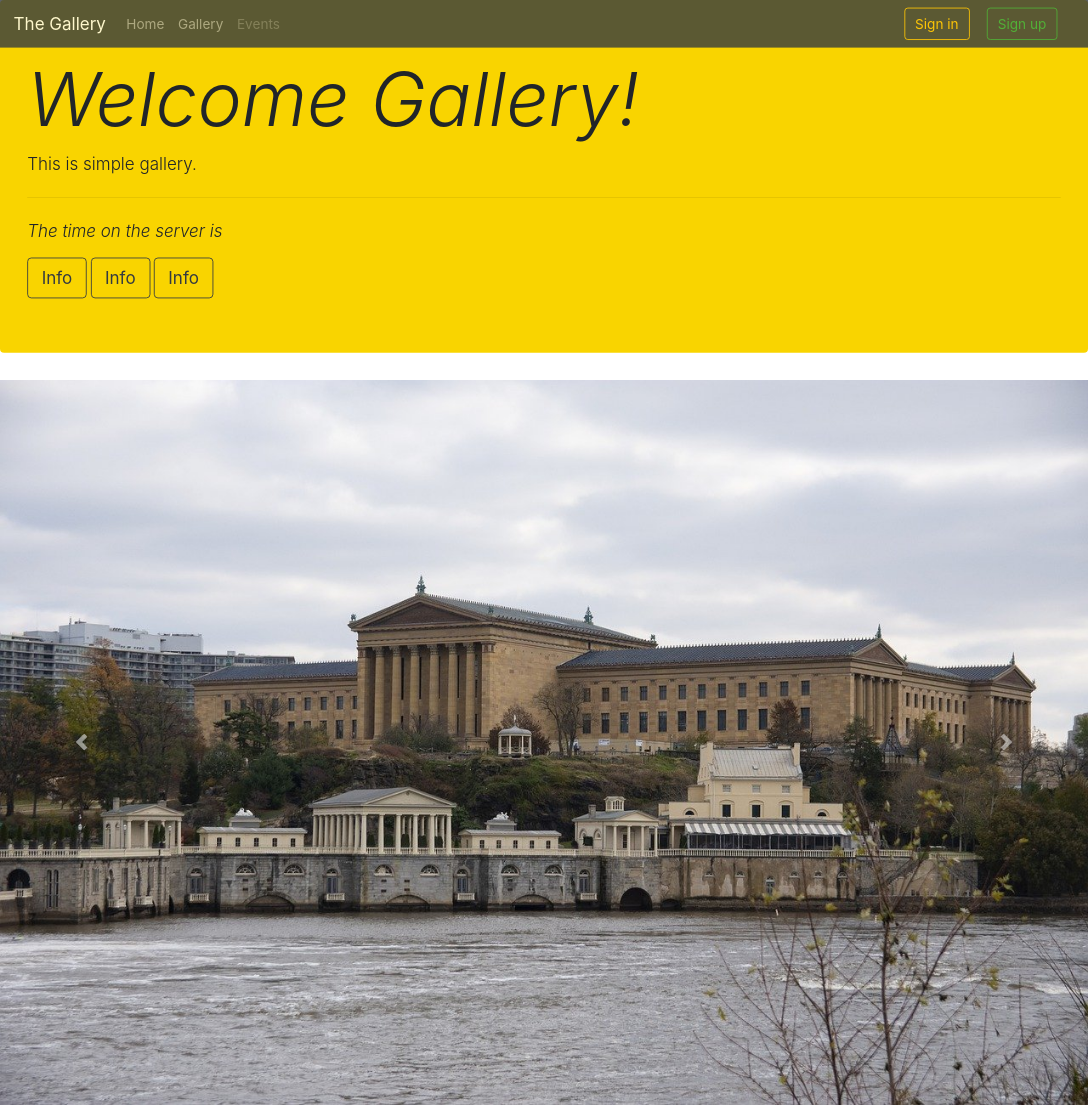
Repository: caramelsyrup/SpringProject1
Page: http://localhost/gallery/WEB-INF/views/home.jsp
The author's editor kept a copy of each file at every save. The page is drawn from the files as they stood at one save, then again after the next save.
The browser window is 1280 px wide. The pictures show the whole page, at 85% of full size.
The page is served by Tomcat 9. Nobody is signed in. The template is opened directly, without the code that normally fills it, so the values that code supplies are empty.

Above is the page before, as saved 2020-11-21 12:40:36.

After the next save:
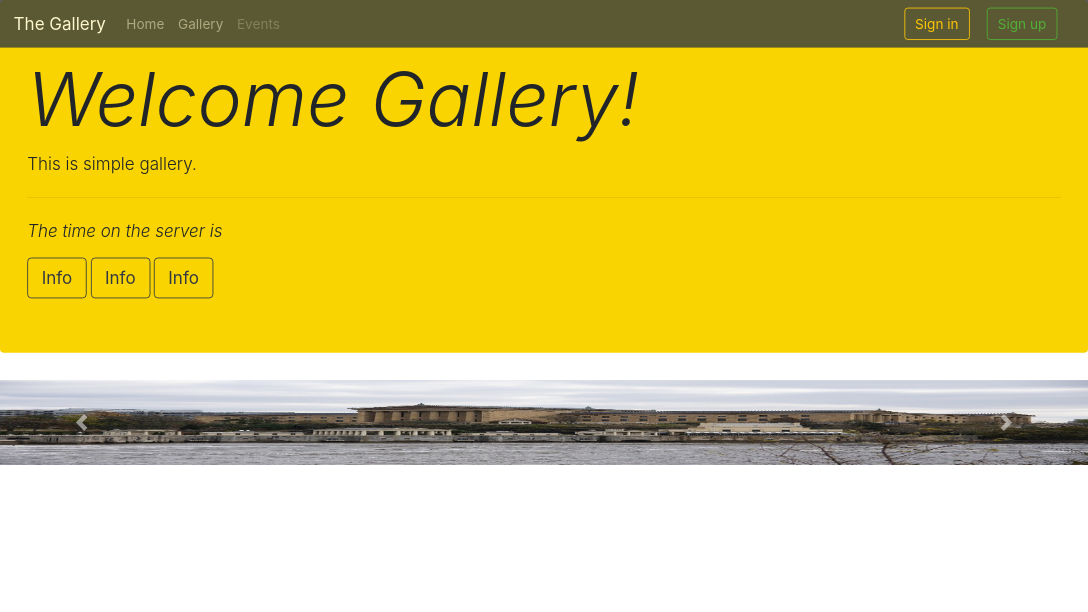
Saved 26 s later.
--- a/gallery/src/main/webapp/WEB-INF/views/home.jsp
+++ b/gallery/src/main/webapp/WEB-INF/views/home.jsp
@@ -31,7 +31,7 @@
 <div id="carouselExampleControls" class="carousel slide" data-ride="carousel">
   <div class="carousel-inner">
     <div class="carousel-item active">
-      <img src="/resources/img/philadelphia-5149807_1280.jpg" class="d-block w-100" alt="home">
+      <img src="/resources/img/philadelphia-5149807_1280.jpg" class="d-block w-100" style="height:100px; width: 100%; " alt="home">
     </div>
     <c:forEach items="${glist}" var="gd">
 	    <div class="carousel-item">
